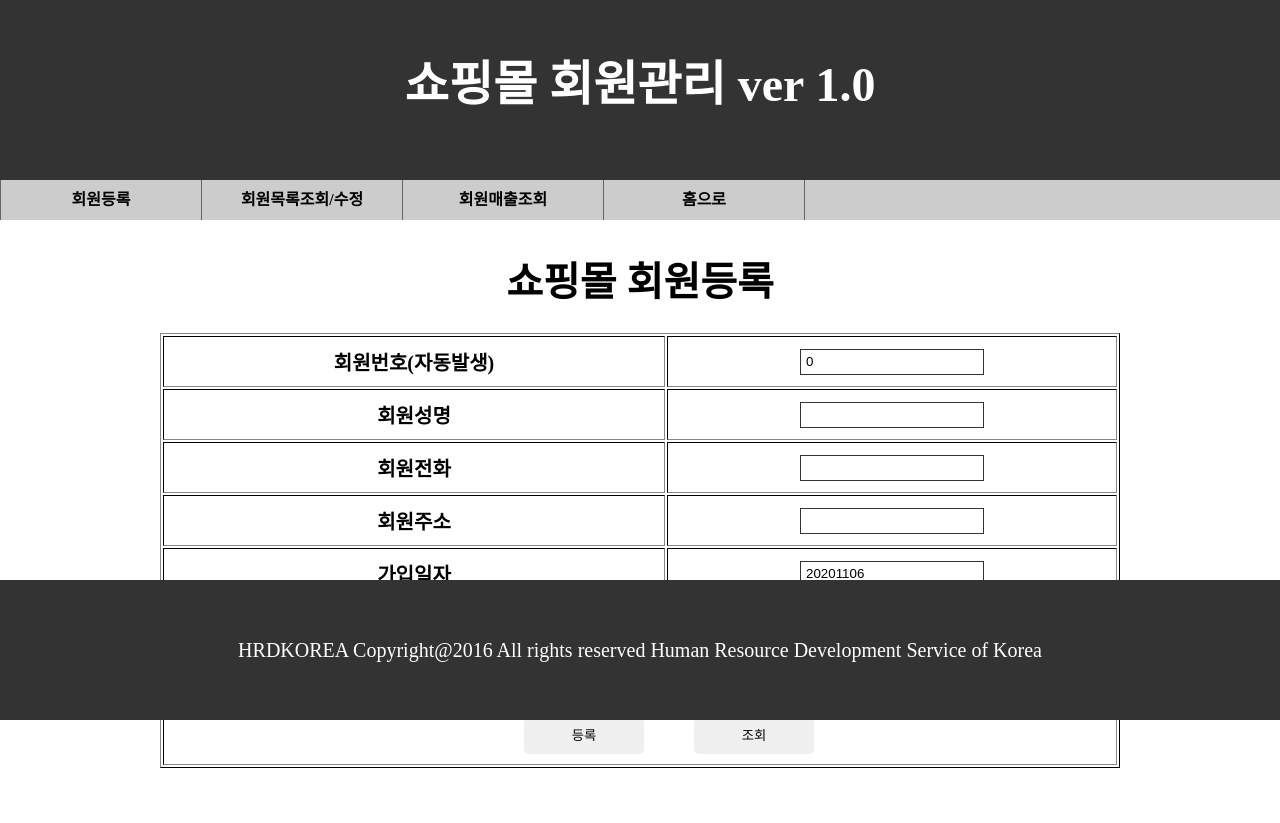
Repository: jsky1234/NCS
Page: http://localhost/HRD_1/memberIns.jsp
An editor plug-in stored every save of this project. The page is shown before and after the next save, followed by the edit.
The browser window is 1280 px wide. The pictures show the whole page.
The page is served by Tomcat 9. Queries for data that is not in the repository find no rows.

Above is the page before, as saved 2020-11-10 06:00:43.
Console error: ReferenceError: form is not defined

### ncs1/HRD_1/WebContent/memberIns.jsp
<%@ page language="java" contentType="text/html; charset=UTF-8"
    pageEncoding="UTF-8"%>
<%@ page import="java.sql.PreparedStatement" %>
<%@ page import="java.sql.DriverManager" %>
<%@ page import="java.sql.Connection" %>
<%@ page import="java.sql.ResultSet" %>
<%@ page import="DBPKG.DBcon" %>
<%@ page import="java.util.*, java.text.*" %>
<%@ include file="admin_header.jsp" %>
<style>
.main_help { width: 960px; margin: 25px auto; font-size: 20px; }
.main_help ol { padding-top: 5px; }
.tb { display: table; border: 1; border-color: #333; width: 960px; text-align: center;}
.tb tr { display: table-row; }
.tb td, .tb th { display: table-cell; padding: 10px; }
.tb th { width: 480px; }
button {display: block; float: left; width: 120px; line-height: 36px; text-align: center; margin-right: 25px; margin-left: 25px; border-radius: 5px ;}
button:first-child { margin-left: 350px;}
input, select { border: 1px solid #333; line-height: 24px; padding-left: 5px;}
</style>
<%@ include file="admin_nav.jsp" %>
<%
request.setCharacterEncoding("utf-8");

Connection conn = null;
PreparedStatement pstmt = null;
ResultSet rs;

Date date = new Date();
SimpleDateFormat simple = new SimpleDateFormat("yyyyMMdd");
String sdate = simple.format(date);

	try {
		conn = DBcon.getConnection();
		String sql = "SELECT * FROM member_tbl_02 ORDER BY custno DESC";
		pstmt = conn.prepareStatement(sql);
		rs = pstmt.executeQuery();

		int i = 0, num = 0;
		while(rs.next()) {
			num = rs.getInt("custno");
			i++;
			num++;
			if(i > 0) break;
		}
%>
<main class="content">
	<section class="page" id="page1">
		<h2 class="page_tit">쇼핑몰 회원등록</h2>
		<div class="main_help">
			<form name="register1" id="register1" action="memberInsPro.jsp" method="get">
				<table class="tb" border="1">
					<tbody>
						<tr>
							<th><label for="custno">회원번호(자동발생)</label></th>
							<td><input type="text" name="custno" id="custno" value="<%=num%>" /></td>
						</tr>
						<tr>
							<th><label for="custname">회원성명</label></th>
							<td><input type="text" name="custname" id="custname" /></td>
						</tr>
						<tr>
							<th><label for="phone">회원전화</label></th>
							<td><input type="text" name="phone" id="phone" /></td>
						</tr>
						<tr>
							<th><label for="address">회원주소</label></th>
							<td><input type="text" name="address" id="address" /></td>
						</tr>
						<tr>
							<th><label for="joindate">가입일자</label></th>
							<td><input type="text" name="joindate" id="joindate" value="<%=sdate%>" /></td>
						</tr>
						<tr>
							<th><label for="grade">고객등급(A:VIP, B:일반, C:직원)</label></th>
							<td>
								<select name="grade" id="grade">
									<option value="">선택안함</option>
									<option value="A">A</option>
									<option value="B">B</option>
									<option value="C">C</option>
								</select>
							</td>
						</tr>
						<tr>
							<th><label for="city">도시코드</label></th>
							<td><input type="text" name="city" id="city" /></td>
						</tr>
						<td colspan="2">
							<button type="button" id="subit_btn">등록</button>
							<button type="button" id="search_btn">조회</button>
						</td>
					</tbody>
				</table>
			</form>
			<script>
			var submit_btn = document.getElementById("submit_btn");
			var search_btn = document.getElementById("search_btn");
			var custname = form.custname
			var phone = form.address
			var grade = form.grade
			var city = form.city

			submit_btn.addEventListener("click", function(e){
				if(custname.value == "") {
					alert("회원성명이 입력되지 않았습니다.");
					custname.focus();
					return;
				}
				if(phone.value == "") {
					alert("전화번호가 입력되지 않았습니다.");
					phone.focus();
					return;
				}
				if(address.value == "") {
					alert("회원주소가 입력되지 않았습니다.");
					address.focus();
					return;
				}
				if(grade.value == "") {
					alert("회원등급이 선택되지 않았습니다.");
					grade.focus();
					return;
				}
				if(city.value == "") {
					alert("도시코드가 입력되지 않았습니다.");
					city.focus();
					return;
				}
				if(custname.value != "" && phone.value != "" && address.value != "" && grade.value != "" && city.value != "") {
					form.submit();
				}
			});

			search_btn.addEventListener("click", function(){
				location.href = memberSearch.jsp
			});
			</script>
		</div>
	</section>
</main>
<%
	} catch(Exception e) {
		System.out.println("ProductBean error : "+e);
	} finally {
		try {
			if(pstmt != null) pstmt.close();
			if(conn != null) conn.close();
		} catch(Exception e) {
			//핸들 에러 프린트
			System.out.println("DB Close error : "+e);
		}
	}
%>
<%@ include file="admin_footer.jsp" %>

### ncs1/HRD_1/WebContent/admin_header.jsp
<%@ page language="java" contentType="text/html; charset=UTF-8"
    pageEncoding="UTF-8"%>
<% request.setCharacterEncoding("utf-8"); %>
<!DOCTYPE html>
<html>
<head>
<meta charset="UTF-8">
<link rel="stylesheet" href="./css/main.css" />
<title>관리자 모드로 로그인 중</title>
</head>
<body>
<header class="hd">
	<h2 class="tit">쇼핑몰 회원관리 ver 1.0</h2>
</header>

### ncs1/HRD_1/WebContent/admin_nav.jsp
<%@ page language="java" contentType="text/html; charset=UTF-8"
    pageEncoding="UTF-8"%>
<nav class="gnb">
	<ul>
		<li><a href="memberIns.jsp">회원등록</a></li>
		<li><a href="">회원목록조회/수정</a></li>
		<li><a href="">회원매출조회</a></li>
		<li><a href="admin.jsp">홈으로</a></li>
	</ul>
</nav>

### ncs1/HRD_1/WebContent/admin_footer.jsp
<%@ page language="java" contentType="text/html; charset=UTF-8"
    pageEncoding="UTF-8"%>
<footer class="ft">
	<div class="ft_wrap">
		<div class="admin_copy">
			<p class="copyright">HRDKOREA Copyright@2016 All rights reserved Human Resource Development Service of Korea</p>
		</div>
	</div>
</footer>
</body>
</html>

### ncs1/HRD_1/src/DBPKG/DBcon.java
package DBPKG;

import java.sql.Connection;
import java.sql.DriverManager;
import java.sql.SQLException;

public class DBcon {
	public static Connection getConnection() throws Exception{
		Class.forName("oracle.jdbc.OracleDriver");
		Connection con = DriverManager.getConnection("jdbc:oracle:thin:@//localhost:1521/xe", "sky", "1234");
		return con;
	}
}

### ncs1/HRD_1/WebContent/css/main.css
@charset "UTF-8";

* { margin: 0; padding: 0; }
body, html { width: 100%; height: 100%; }
ul { list-style : none; }
a { text-decoration: none; }
button, label, input { outline: 0; border: 0;  }
img { border: 0; }
ol { padding: 30px; }

.hd { clear: both; min-height: 180px; background-color: #333; }
.tit { font-size: 48px; text-align: center; line-height: 140px; color: #fff; padding-top: 15px;}
.gnb { clear: both; height: 40px; background-color: #cccccc; }
.gnb li { float: left; min-width: 120px; width: auto; }
.gnb a { display:block; text-align: center; line-height: 40px; width: 200px; height: 40px; color: #000000; font-weight: 700; border-left: 1px solid #666666; }
.gnb li:last-child { border-right: 1px solid #666666; }

.page { clear: both; padding: 30px 0 30px 0; }
.page_tit { text-align: center; font-size: 40px; }
.item_tit1 { font-size: 24px; margin-top: 30px; }
.item_tit2 { font-size: 18px; margin-top: 40px;}

.ft { clear: both; position: absolute;  width: 100%; bottom: 0; min-height:80px; height: 140px; background-color: #333; }
.copyright { color: #fff; font-size: 20px; text-align: center; margin-top: 20px; line-height: 100px;}

After the next save:
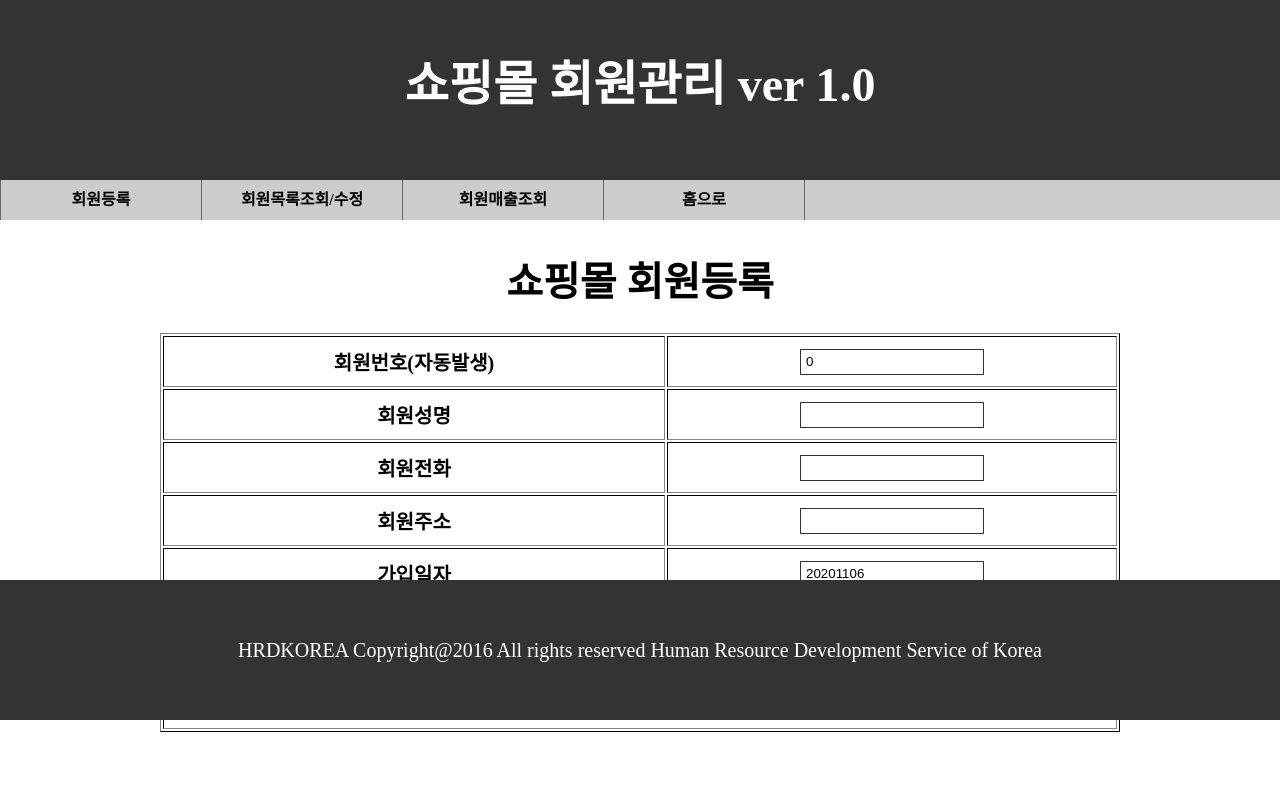
Saved 89 s later.
--- a/ncs1/HRD_1/WebContent/memberIns.jsp
+++ b/ncs1/HRD_1/WebContent/memberIns.jsp
@@ -87,8 +87,8 @@ String sdate = simple.format(date);
 							<td><input type="text" name="city" id="city" /></td>
 						</tr>
 						<td colspan="2">
-							<button type="button" id="subit_btn">등록</button>
-							<button type="button" id="search_btn">조회</button>
+							<button type="button" id="subit_btn" value="등록" />
+							<button type="button" id="search_btn" value="조회" />
 						</td>
 					</tbody>
 				</table>
